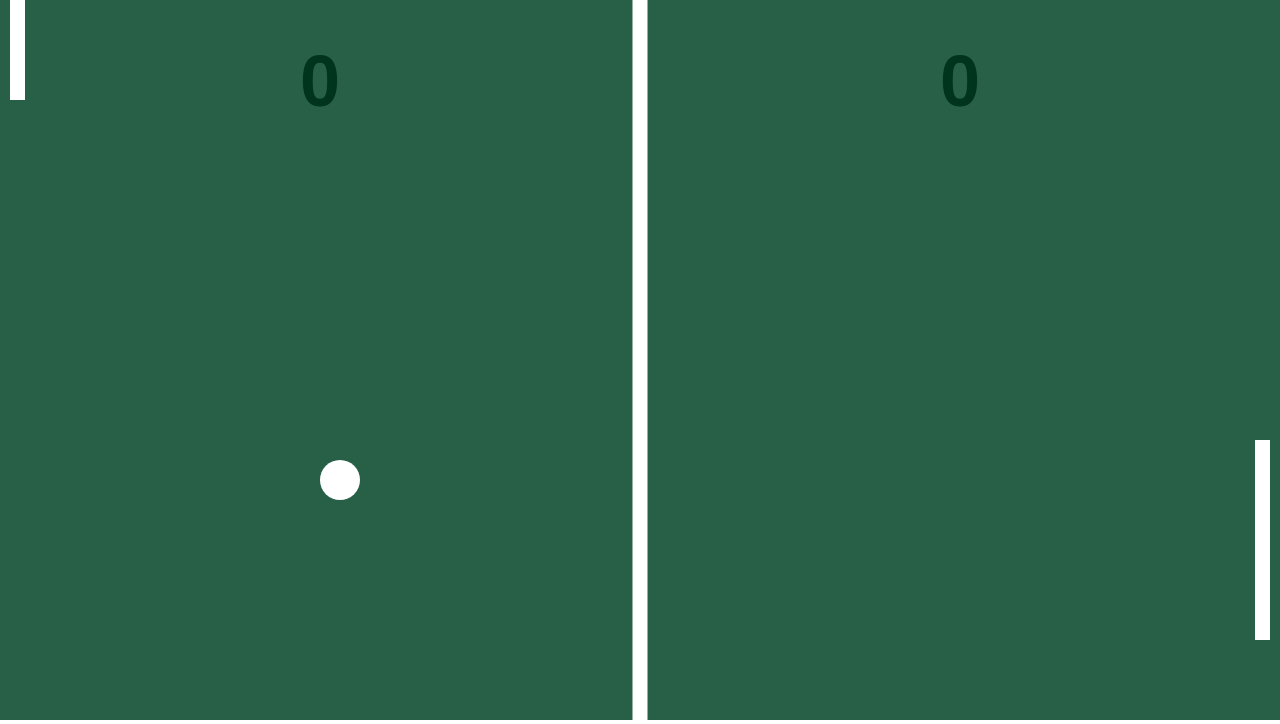
Repository: carlosrobertofigueiredo/Projeto-Ping-Pong
Page: index.html
These files come from the project's save history. The page is drawn as it stood at one moment and after the next save; the edit follows.
The browser window is 1280 px wide. The pictures show the whole page.

Above is the page before, as saved 2023-05-01 19:05:38.

### index.html
<!DOCTYPE html>
<html lang="en">
  <head>
    <meta charset="UTF-8" />
    <meta http-equiv="X-UA-Compatible" content="IE=edge" />
    <meta name="viewport" content="width=device-width, initial-scale=1.0" />
    <title>Jogo Ping-Pong</title>
    <style>
      * {
        overflow: hidden;
        margin: 0;
        padding: 0;
      }
   </style>
  </head>
  <body>
    <canvas></canvas>
    <script>
      //Captura o elemento canvas do DOM
      const canvasEl = document.querySelector("canvas"),
        canvasCtx = canvasEl.getContext("2d"),
        gapX = 10 //gapX = afastamento da raquete em relação a borda

        const mouse = { x: 0, y: 0}

      const field = {
        w: window.innerWidth,
        h: window.innerHeight,
        draw: function () {
          canvasCtx.fillStyle = "#286047" //fillStyle define o estilo do objeto
          canvasCtx.fillRect(0, 0, this.w, this.h) //fillRect define as medidas do retângulo, this - faz referência ao objeto interno
        },
      }

      const line = {
        w: 15,
        h: field.h,
        draw: function(){
          canvasCtx.fillStyle = "#ffffff"

         // desenha linha central
         canvasCtx.fillRect(field.w / 2 - this.w / 2, 0, this.w, this.h) // field faz referência ao objeto da cons field e o this aos parâmetros internos do próprio objeto

           /* const x = window.innerHeight / 2 - lineWidth / 2 //largura do campo dividido por dois e a largura divida por dois, caso queira mudar a espessura da linha no futuro fica mais fácil para centralizar a linha
        const y = 0 // onde começa a linha
        const w = lineWidth  //largura é a própria linha
        const h = window.innerHeight

        canvasCtx.fillRect(x,y,w,h) */

        },
      }

      const leftPaddle = {
        x: gapX,
        y: 0,
        w: line.w,
        h: 200,
        _move: function(){
          this.y = mouse.y - this.h / 2 //a raquete se orienta pelo movimento do mouse e o this.h/2 coloca o ponteiro do mouse no meio da raquete
        },
        draw: function(){
          canvasCtx.fillStyle = "#ffffff"
          // desenha a raquete esquerda
        canvasCtx.fillRect(this.x, this.y, this.w, this.h)  //  this.x = afastamento da raquete da borda), this.y = altura da raquete em relação ao topo,  this.w = largura da linha, this.h = altura da raquete

         this._move() // chama a função move para controlar a raquete
       },
      }


      const rightPaddle = {
        x: field.w - line.w - gapX,
        y: 0,
        w: line.w,
        h: 200,
        speed: 5,
        _move: function () {
          if (this.y + this.h / 4 < ball.y + ball.r) {
            this.y += this.speed
          } else {
            this.y -= this.speed
          }
        },

        speedUp: function() {
          this.speed += 2

        },

        draw: function(){
          canvasCtx.fillStyle = "#ffffff"
         // desenha a raquete direita
        canvasCtx.fillRect(this.x, this.y, this.w, this.h)  //  this.x = afastamento da raquete da borda), this.y = altura da raquete em relação ao topo,  this.w = largura da linha, this.h = altura da raquete

          this._move()
       },
      }

      const score = {
        human: 0,
        computer: 0,
        increaseHuman: function () {
          this.human++
        },
        increaseComputer: function () {
          this.computer++
        },

        draw: function(){

          // desenha o placar
        canvasCtx.font = "bold 72px Arial"
        canvasCtx.textAlign = "center"
        canvasCtx.textBaseline = "top"
        canvasCtx.fillStyle = "#01341D"
        canvasCtx.fillText(this.human, field.w / 4, 50) //primeiro parâmetro é o texto do placar = 3, o segundo parâmento é o primeiro 1/4 do campo = window.innerWidth / 4, o terceiro parâmetro é o y que corresponde a altura do placar.
        canvasCtx.fillText(this.computer, field.w / 4 + field.w / 2, 50)

        },

      }

      const ball = {

        x: field.w / 2,
        y: field.h / 2,
        r:  20,
        speed: 5,
        directionX: 1, //diz a trajetória da bolinha, 1 = bolinha indo pra frente e -1 bolinha pra trás.
        directionY: 1, //diz a trajetória da bolinha, 1 = bolinha indo pra baixo e -1 bolinha pra cima.

        _calcPosition: function(){

          // verifica se o jogador 1 fez um ponto (x > largura do campo)
          if (this.x > field.w - this.r - rightPaddle.w - gapX) {
            // verifica se a raquete direita está na posição y da bola
            if (
              this.y + this.r > rightPaddle.y &&
              this.y - this.r < rightPaddle.y + rightPaddle.h
            ) {
              // rebate a bola intervertendo o sinal de X
              this._reverseX()
            } else {
              // pontuar o jogador 1
              score.increaseHuman()
              this._pointUp()
            }
          }
           // verifica se o jogador 2 fez um ponto
           if (this.x < this.r + leftPaddle.w + gapX) {
            // verifica se a raquete esquerda está na posição y da bola
            if (this.y + this.r > leftPaddle.y && this.y - this.r < leftPaddle.y + leftPaddle.h){
               // rebate a bola intervertendo o sinal de X
               this._reverseX()
            }  else {
              // pontuar o jogador 2
              score.increaseComputer()
              this._pointUp()
            }
           }


          //verifica as laterais superior e inferior do campo
          if(
            (this.y - this.r < 0 && this.directionY < 0 ) ||  //reveter o y na parte superior do campo, this.r desconsidera o centro do raio para rebater pela borda
            (this.y > field.h - this.r && this.directionY > 0) //no momento que o Y da bolinha começar a descer, se ela for maior que a altura de campo se inverte a direção, this.r desconsidera o centro do raio para rebater pela borda
            ){
              // rebate a bola invertendo o sinal do eixo Y
              this._reverseY()

          }
        },

        _reverseX: function(){
          this.directionX *= -1
        },

        _reverseY: function(){
          /*
          1 * -1 = -1
          -1 * -1 =  1 */

          this.directionY *= -1
        },

        _speedUp: function() {
          this.speed += 2
        },

        _pointUp: function () {
          this._speedUp()
          rightPaddle.speedUp()
          this.x = field.w / 2
          this.y = field.h / 2

        },

        _move: function(){
          this.x += this.directionX * this.speed
          this.y += this.directionY * this.speed
        },
        draw: function() {

          // desenha a bolinha
        canvasCtx.fillStyle = "#ffffff"
        canvasCtx.beginPath()  //o comando arc não tem um comando fillarc, por isso é necessário colocar o arc entre o beginPath() e o fill()
        canvasCtx.arc(this.x, this.y, this.r, 0, 2 * Math.PI, false)  //arc(x, y, r, 0, 0.0 * Math.PI, false) x,y = posição do arco(bolinha), r = tamanho da bolinha, 0 = inicio do arco, 2.0 * PI define o circulo
        canvasCtx.fill()

        this._calcPosition()
        this._move()

        },

        }


       /*Função p/ definir altura e largura do campo*/
       function setup() {
        canvasEl.width = canvasCtx.width = field.w
        canvasEl.height = canvasCtx.height = field.h
      }

      /* Função de desenho dos elementos do campo*/
        function draw() {
        field.draw()
        line.draw()
        leftPaddle.draw()
        rightPaddle.draw()
        score.draw()
        ball.draw()

      }




      window.animateFrame = ( function () {
         return(
           window.requestAnimationFrame ||
           window.webkitRequestAnimationFrame ||
           window.mozRequestAnimationFrame ||
           window.oRequestAnimationFrame ||
           window.msRequestAnimationFrame ||
           function (callback) {
            return window.setTimeout(callback, 1000 / 60)
           }
          )
         })()

         function main() {
          animateFrame(main)
          draw()
         }

         setup()
         main()

         canvasEl.addEventListener("mousemove", function (e) {
          mouse.x = e.pageX
          mouse.y = e.pageY



         })


    </script>
  </body>
</html>

After the next save:
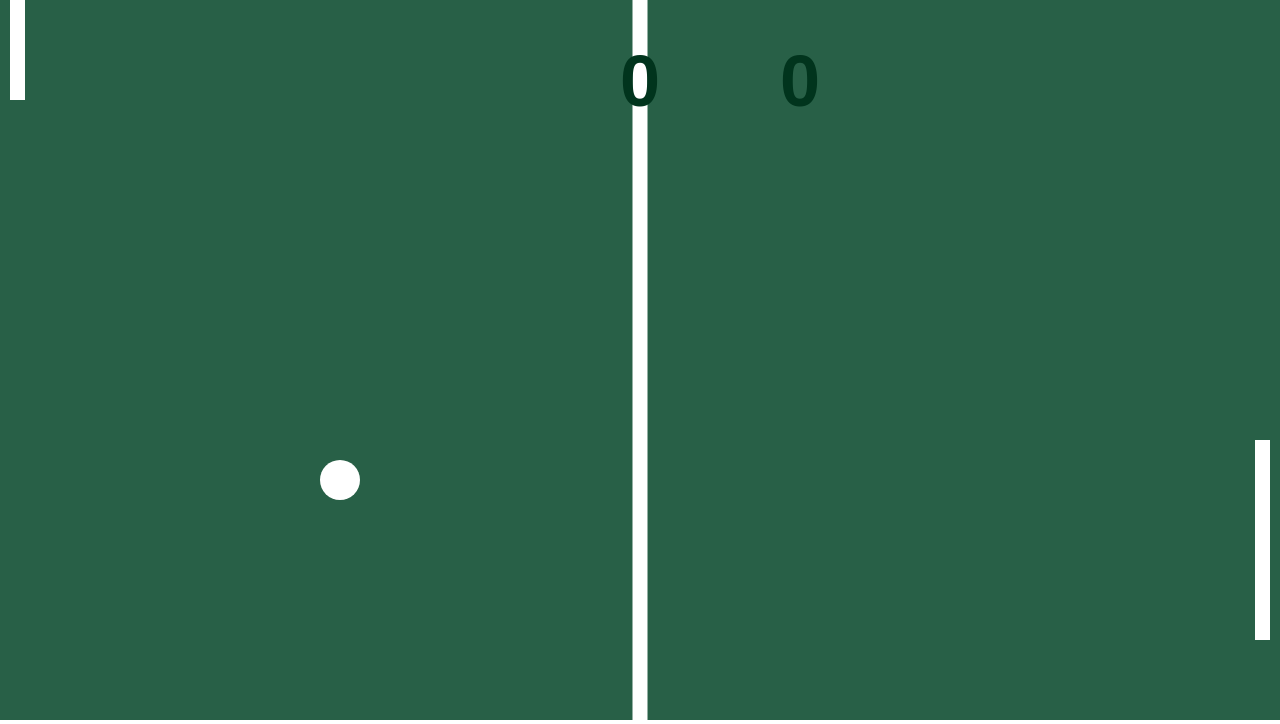
Saved 77 s later.
--- a/index.html
+++ b/index.html
@@ -114,8 +114,8 @@
         canvasCtx.textAlign = "center"
         canvasCtx.textBaseline = "top"
         canvasCtx.fillStyle = "#01341D"
-        canvasCtx.fillText(this.human, field.w / 4, 50) //primeiro parâmetro é o texto do placar = 3, o segundo parâmento é o primeiro 1/4 do campo = window.innerWidth / 4, o terceiro parâmetro é o y que corresponde a altura do placar.
-        canvasCtx.fillText(this.computer, field.w / 4 + field.w / 2, 50)
+        canvasCtx.fillText(this.human, field.w / 2, 50) //primeiro parâmetro é o texto do placar = 3, o segundo parâmento é o primeiro 1/4 do campo = window.innerWidth / 4, o terceiro parâmetro é o y que corresponde a altura do placar.
+        canvasCtx.fillText(this.computer, field.w / 8 + field.w / 2, 50)
 
         },
 

After the save that followed:
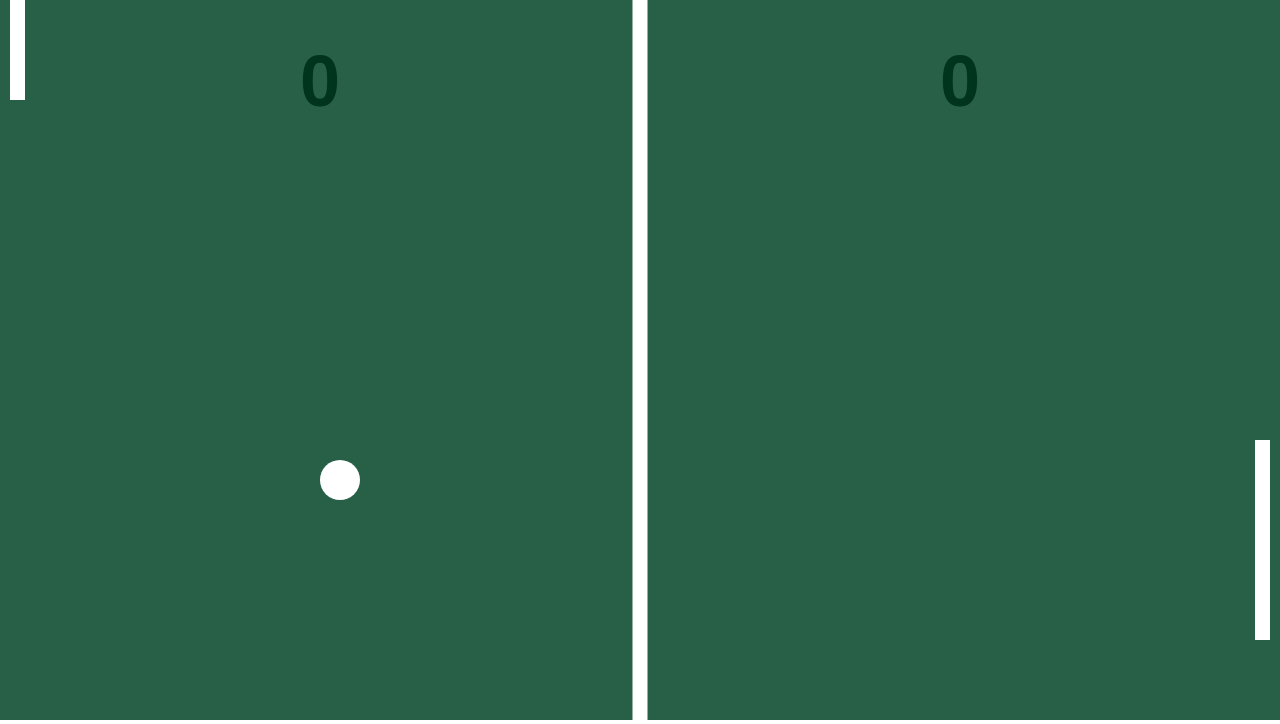
Saved 33 s later.
--- a/index.html
+++ b/index.html
@@ -114,8 +114,8 @@
         canvasCtx.textAlign = "center"
         canvasCtx.textBaseline = "top"
         canvasCtx.fillStyle = "#01341D"
-        canvasCtx.fillText(this.human, field.w / 2, 50) //primeiro parâmetro é o texto do placar = 3, o segundo parâmento é o primeiro 1/4 do campo = window.innerWidth / 4, o terceiro parâmetro é o y que corresponde a altura do placar.
-        canvasCtx.fillText(this.computer, field.w / 8 + field.w / 2, 50)
+        canvasCtx.fillText(this.human, field.w / 4, 50) //primeiro parâmetro é o texto do placar = 3, o segundo parâmento é o primeiro 1/4 do campo = window.innerWidth / 4, o terceiro parâmetro é o y que corresponde a altura do placar.
+        canvasCtx.fillText(this.computer, field.w / 4 + field.w / 2, 50)
 
         },
 
